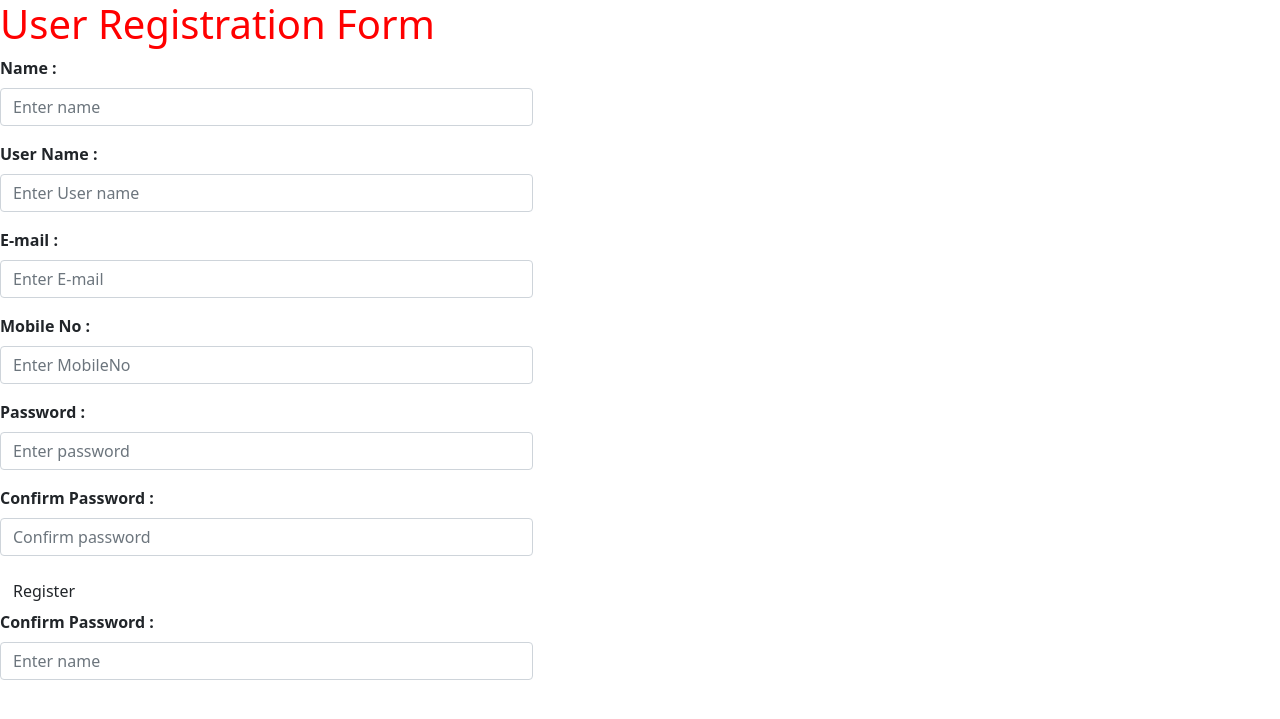
Repository: sntv1005/RegistrationForm
Page: http://localhost/register
An editor plug-in stored every save of this project. The page is shown before and after the next save, followed by the edit.
The browser window is 1280 px wide. The pictures show the whole page.
The page is this project's Thymeleaf template; nobody is signed in. The template is opened directly, without the code that normally fills it, so the values that code supplies are empty.

Above is the page before, as saved 2023-12-01 06:07:51.

After the next save:
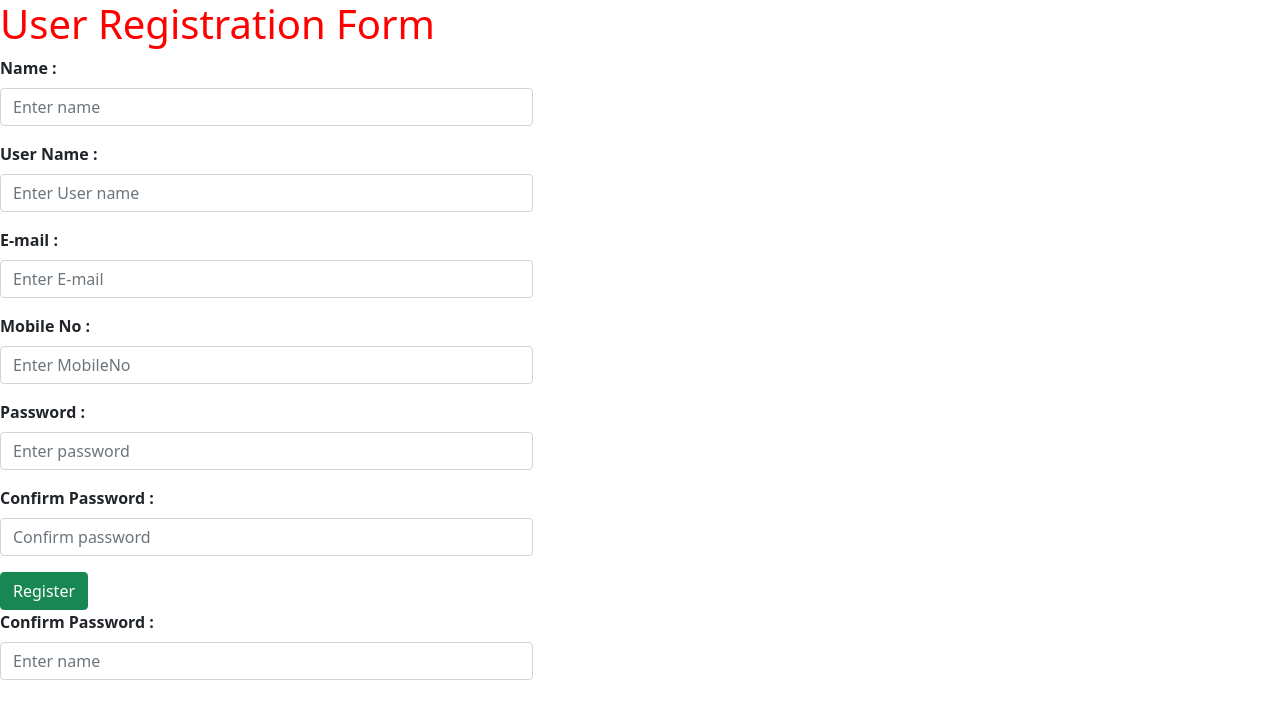
Saved 7 s later.
--- a/RegistrationForm/src/main/resources/templates/register.html
+++ b/RegistrationForm/src/main/resources/templates/register.html
@@ -46,7 +46,7 @@
 			       <input type="password" class="form-control" id="exampleFormControlInput1" placeholder="Confirm password">
 		       </div>
 
-		       <button type="submit " class="btn"> Register </button>
+		       <button type="submit " class="btn btn-success"> Register </button>
 		        <div class="mb-3" >
 			       <label for="exampleFormControlInput1" class="form-label"><b>Confirm Password : </b></label>
 			       <input type="" class="form-control" id="exampleFormControlInput1" placeholder="Enter name">
